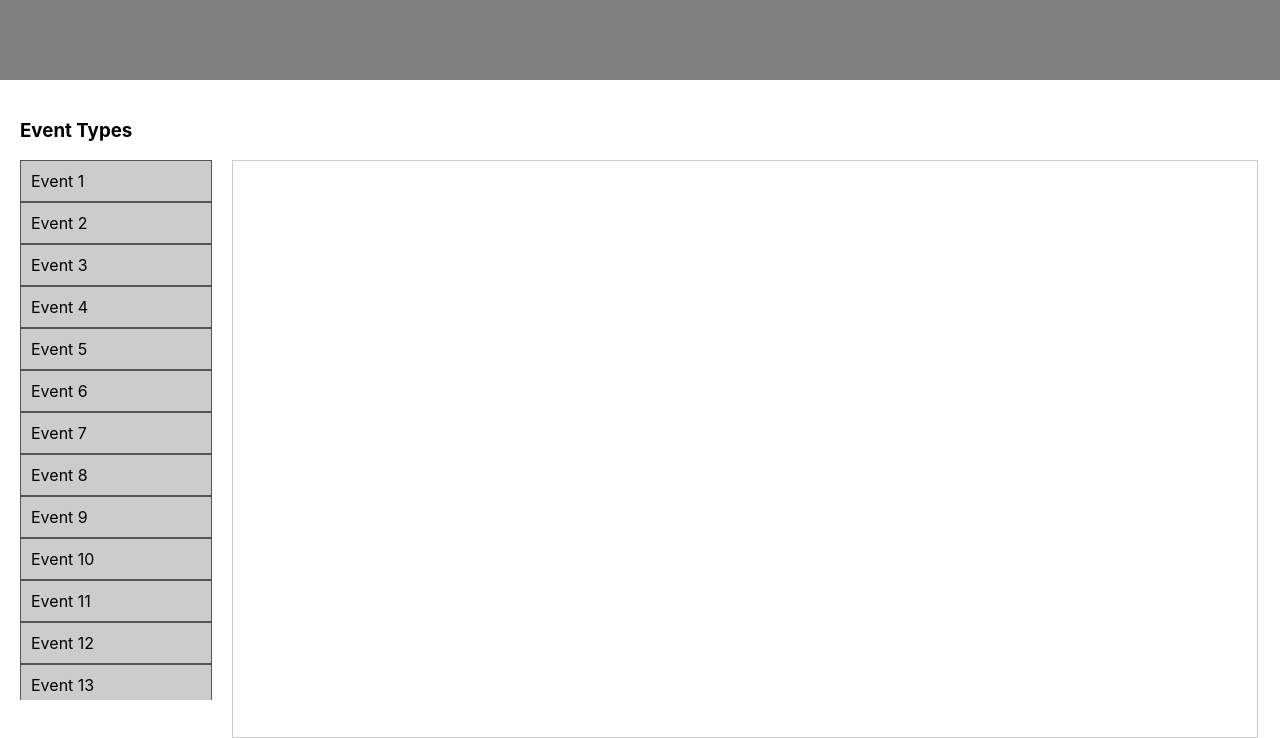
Repository: TauqeerHusain/Assignment
Page: /
An editor plug-in stored every save of this project. The page is shown before and after the next save, followed by the edit.
The browser window is 1280 px wide. The pictures show the whole page.
The project was rebuilt for these pictures with package versions that can differ from the ones it lists, and the page was loaded fresh each time.

Above is the page before, as saved 2023-02-07 11:11:42.

After the next save:
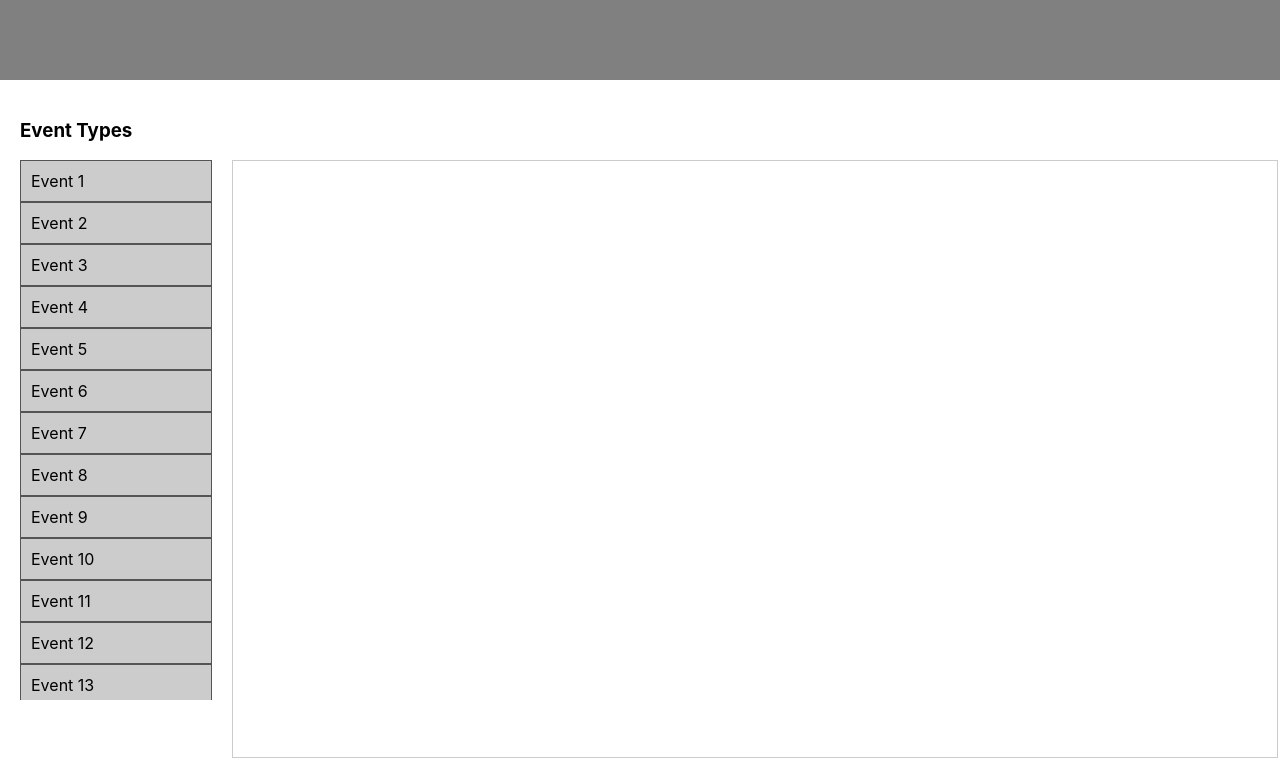
Saved 8 s later.
--- a/src/App.js
+++ b/src/App.js
@@ -572,6 +572,7 @@ const App = () => {
             width: "80%",
             marginTop: 80,
             border: "1px solid #ccc",
+            padding: 10,
           }}
         >
           {selectedEvent &&
